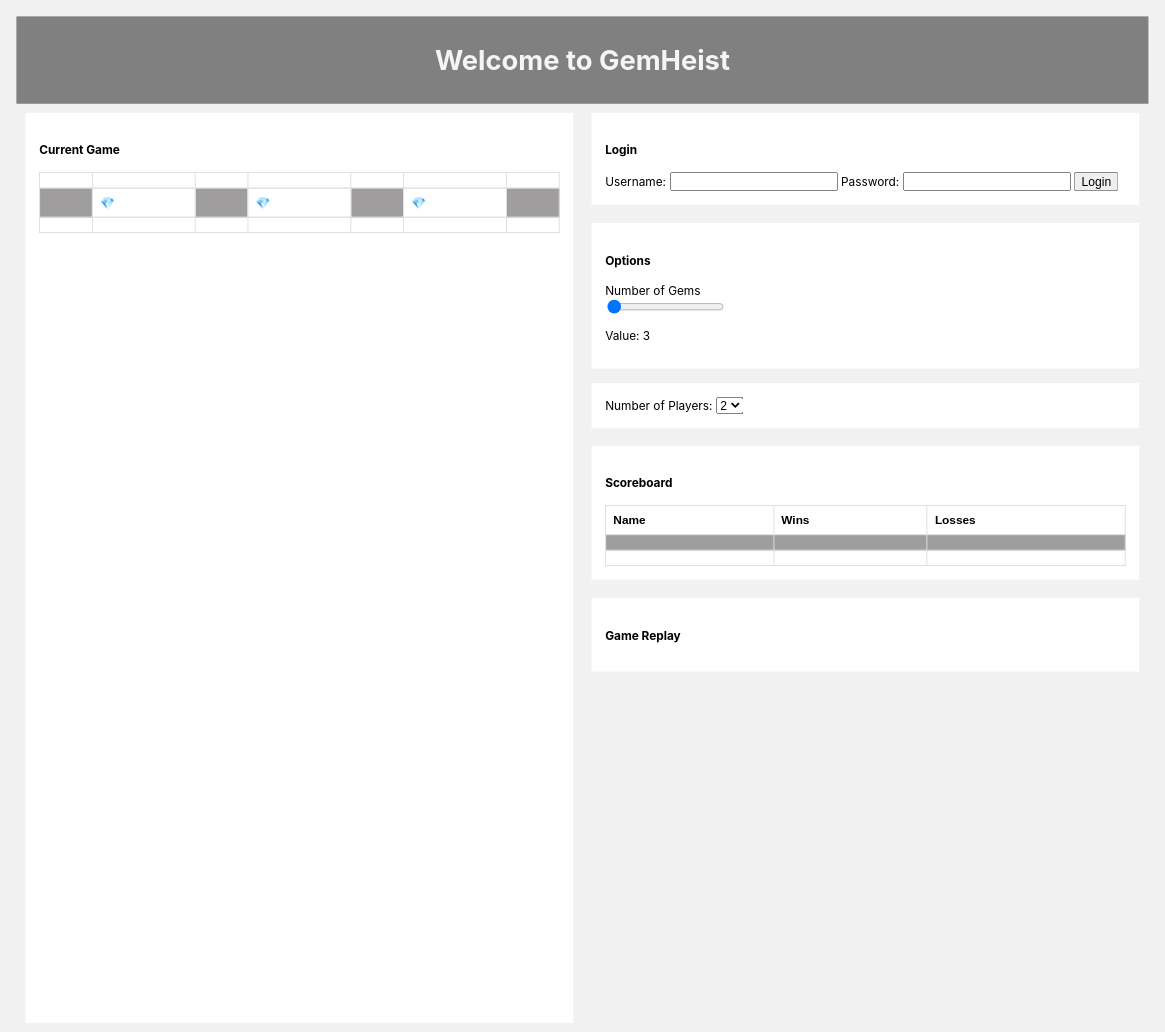
Repository: komalharjani/Gem-Heist
Page: board.html
An editor plug-in stored every save of this project. The page is shown before and after the next save, followed by the edit.
The browser window is 1280 px wide. The pictures show the whole page, at 91% of full size.

Above is the page before, as saved 2020-04-09 12:54:27.

After the next save:
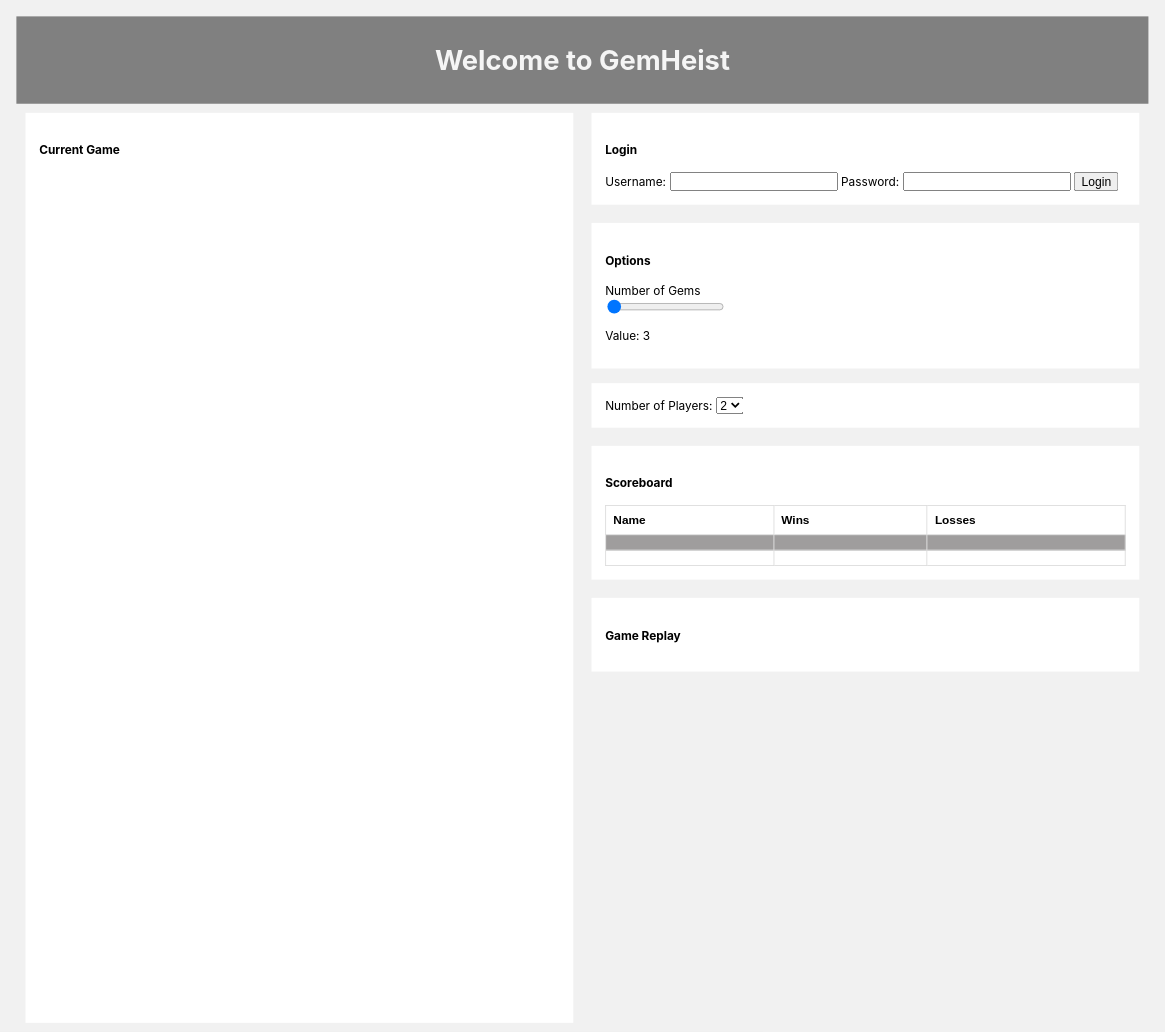
Console error: SyntaxError: Unexpected token 'else'
Saved 39 s later.
--- a/model_Board.js
+++ b/model_Board.js
@@ -54,7 +54,7 @@
             }
         }
             //Identify Alarms
-            if (currState[i][j] == false) {
+            if (currState[i][j] == true && (j % 2 || i % 2)){
                  if (j % 2 || i % 2) {
                 cell.className = "alarm";
                 cell.addEventListener('click', function (event) { //disable after clicked + how to pass row and col
@@ -62,7 +62,7 @@
                     captureAlarm(this);
                     event.preventDefault();
                 })
-            }
+
             else {
                 cell.className = "white";
             }

After the save that followed:
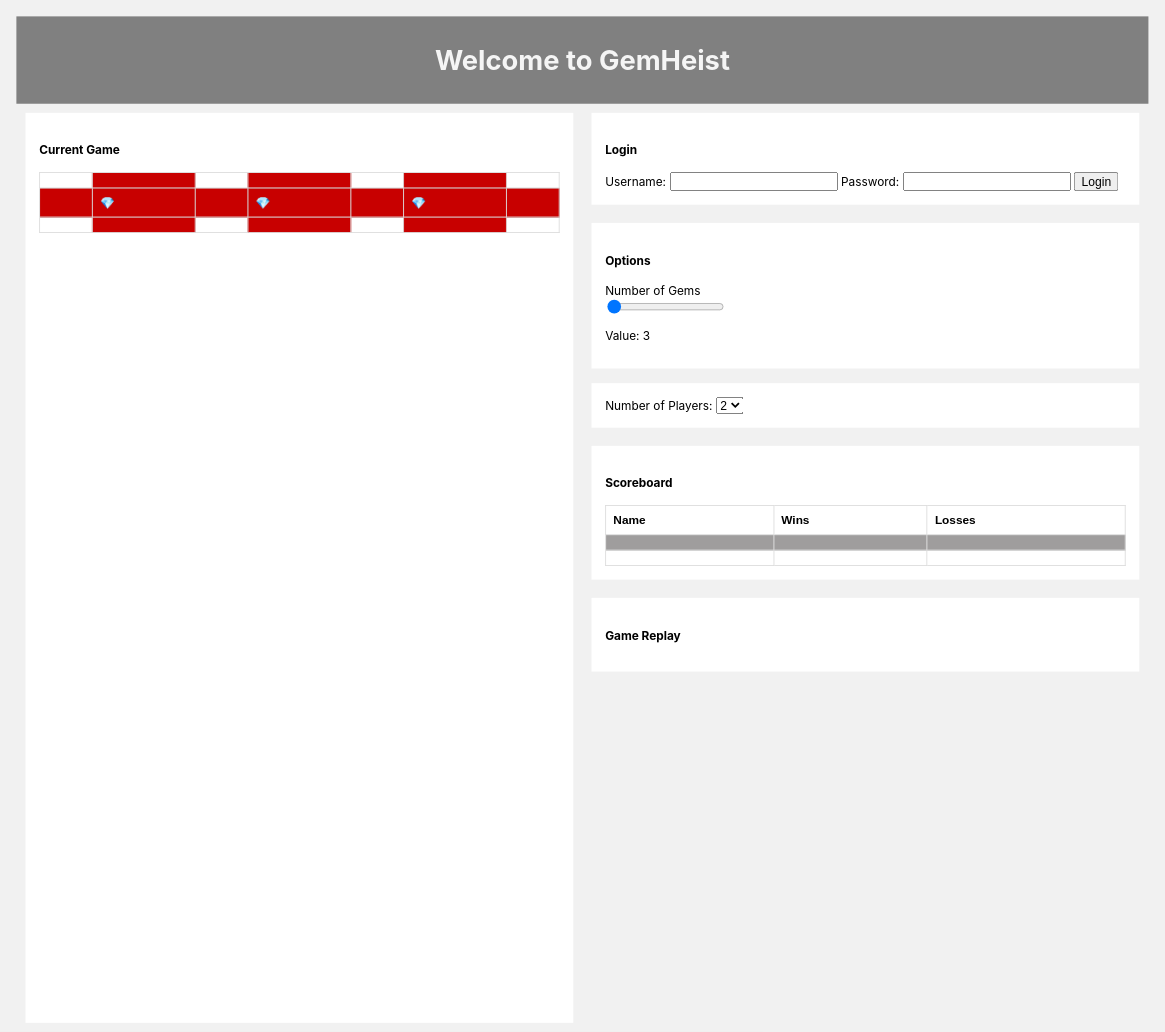
The error is gone.
Saved 12 s later.
--- a/model_Board.js
+++ b/model_Board.js
@@ -54,7 +54,7 @@
             }
         }
             //Identify Alarms
-            if (currState[i][j] == true && (j % 2 || i % 2)){
+            if (currState[i][j] == true && (j % 2 || i % 2)) {
                  if (j % 2 || i % 2) {
                 cell.className = "alarm";
                 cell.addEventListener('click', function (event) { //disable after clicked + how to pass row and col
@@ -62,7 +62,7 @@
                     captureAlarm(this);
                     event.preventDefault();
                 })
-
+                 }
             else {
                 cell.className = "white";
             }
